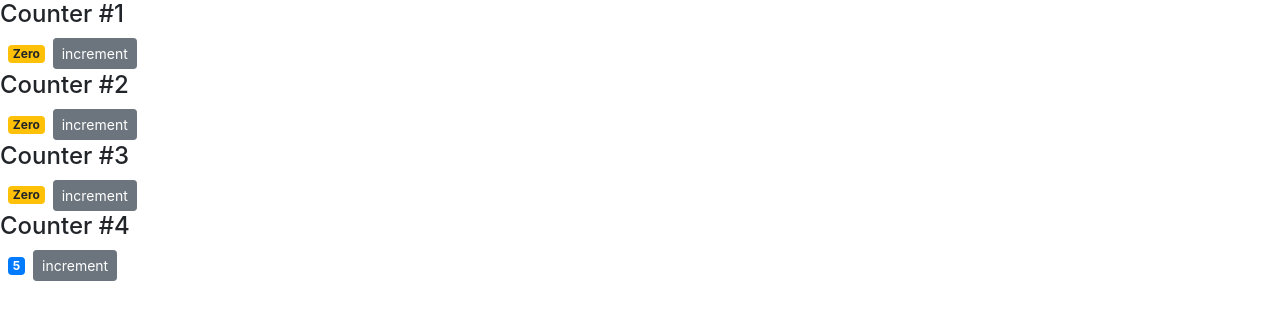
Repository: AvinashLikesToLearnNewStuff/Counter_app
Page: /
These files come from the project's save history. The page is drawn as it stood at one moment and after the next save; the edit follows.
The browser window is 1280 px wide. The pictures show the whole page.
The project was rebuilt for these pictures with package versions that can differ from the ones it lists, and the page was loaded fresh each time. Also part of the build but not shown: src/components/navbar.jsx, src/App.css, src/App.js.

Above is the page before, as saved 2023-03-23 09:18:51.

### src/index.js
import React from "react";
import ReactDOM from "react-dom/client";
import "./index.css";
import App from "./App";
import reportWebVitals from "./reportWebVitals";
import Counters from "./components/counters";
import "bootstrap/dist/css/bootstrap.css";

const root = ReactDOM.createRoot(document.getElementById("root"));
root.render(
  <React.StrictMode>
    <Counters />
  </React.StrictMode>
);

// If you want to start measuring performance in your app, pass a function
// to log results (for example: reportWebVitals(console.log))
// or send to an analytics endpoint. Learn more: https://bit.ly/CRA-vitals
reportWebVitals();

### src/components/counters.jsx
import React, { Component } from "react";
import Counter from "./counter";

class Counters extends Component {
  state = {
    counters: [
      { id: 1, value: 0 },
      { id: 2, value: 0 },
      { id: 3, value: 0 },
      { id: 4, value: 5 },
    ],
  };
  render() {
    return (
      <div>
        {this.state.counters.map((counter) => (
          <Counter key={counter.id} value={counter.value} id={counter.id}>
            <h4>Counter #{counter.id}</h4>
          </Counter>
        ))}
      </div>
    );
  }
}

export default Counters;

### src/components/counter.jsx
import React, { Component } from "react";

class Counter extends Component {
  state = {
    value: this.props.value,
  };

  handleIncrement = () => {
    this.setState({ value: this.state.value + 1 });
  };

  doHandleIncrement = () => {
    this.handleIncrement({ id: 1 });
  };

  render() {
    return (
      <div>
        {this.props.children}
        <span className={this.getBadgeClasses()}>{this.formatCount()}</span>
        <button
          onClick={() => this.handleIncrement()}
          className="btn btn-secondary btn-sm"
        >
          increment
        </button>
      </div>
    );
  }

  getBadgeClasses() {
    let classes = "badge m-2 badge-";
    classes += this.state.value === 0 ? "warning" : "primary";
    return classes;
  }

  formatCount() {
    const { value: count } = this.state;
    return count === 0 ? "Zero" : count;
  }
}

export default Counter;

Loaded but not shown: public/index.html (common file); src/index.css (common file); src/reportWebVitals.js (common file)

After the next save:
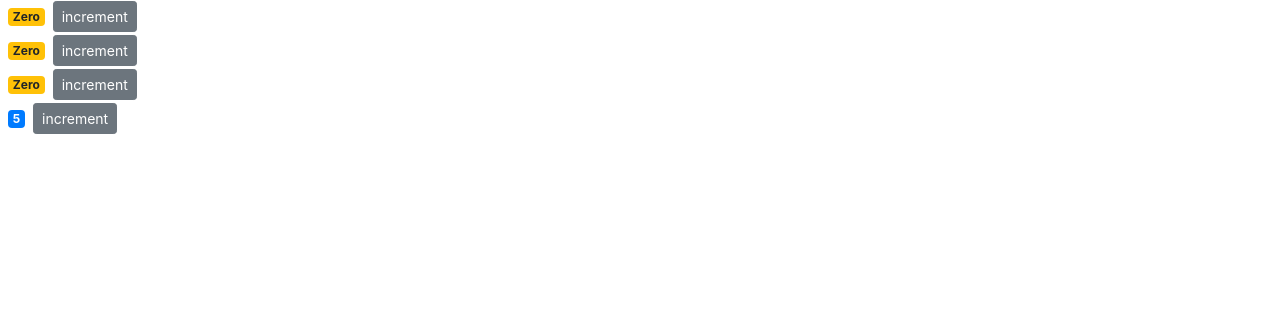
Saved 24 h 11 min later.
--- a/src/components/counters.jsx
+++ b/src/components/counters.jsx
@@ -15,7 +15,7 @@ class Counters extends Component {
       <div>
         {this.state.counters.map((counter) => (
           <Counter key={counter.id} value={counter.value} id={counter.id}>
-            <h4>Counter #{counter.id}</h4>
+            {/* <h4>Counter #{counter.id}</h4> */}
           </Counter>
         ))}
       </div>
